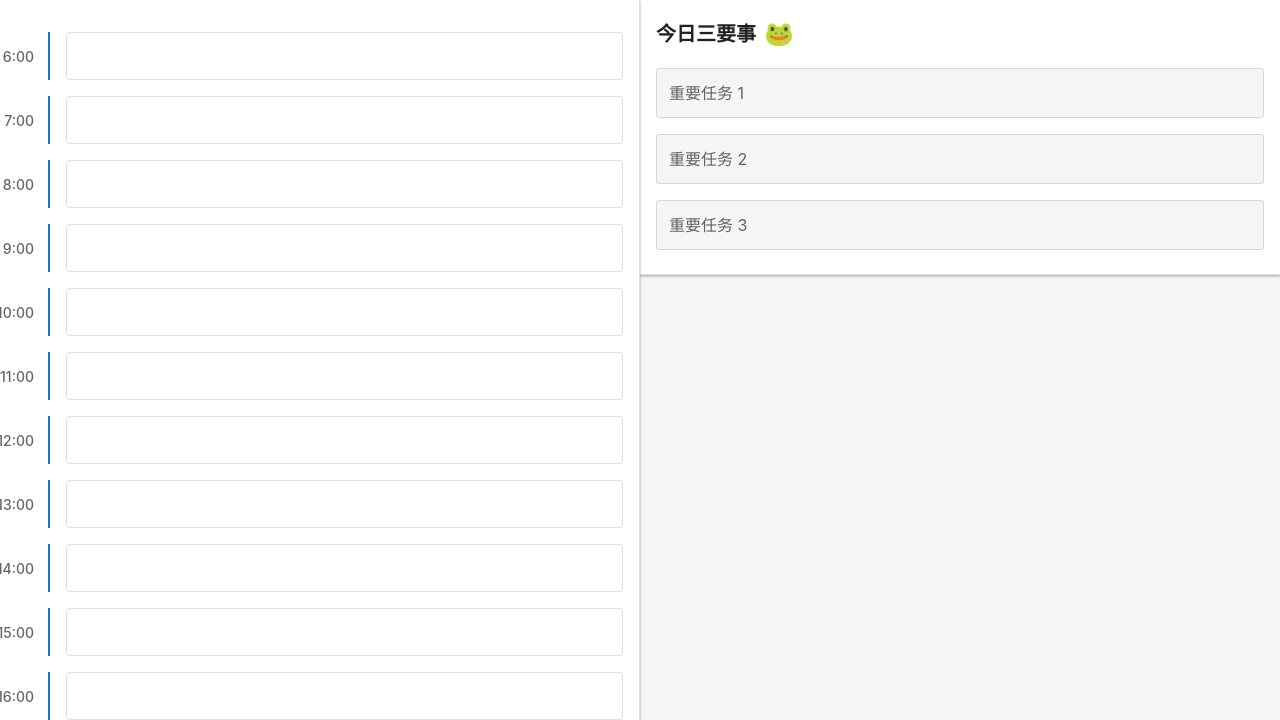
Repository: a6288a/Daily-Planner
Page: index.html
The author's editor kept a copy of each file at every save. The page is drawn from the files as they stood at one save, then again after the next save.
The browser window is 1280 px wide. The pictures show the whole page.
An inner scrolling area shows only its first screen.

Above is the page before, as saved 2024-12-10 15:54:19.

After the next save:
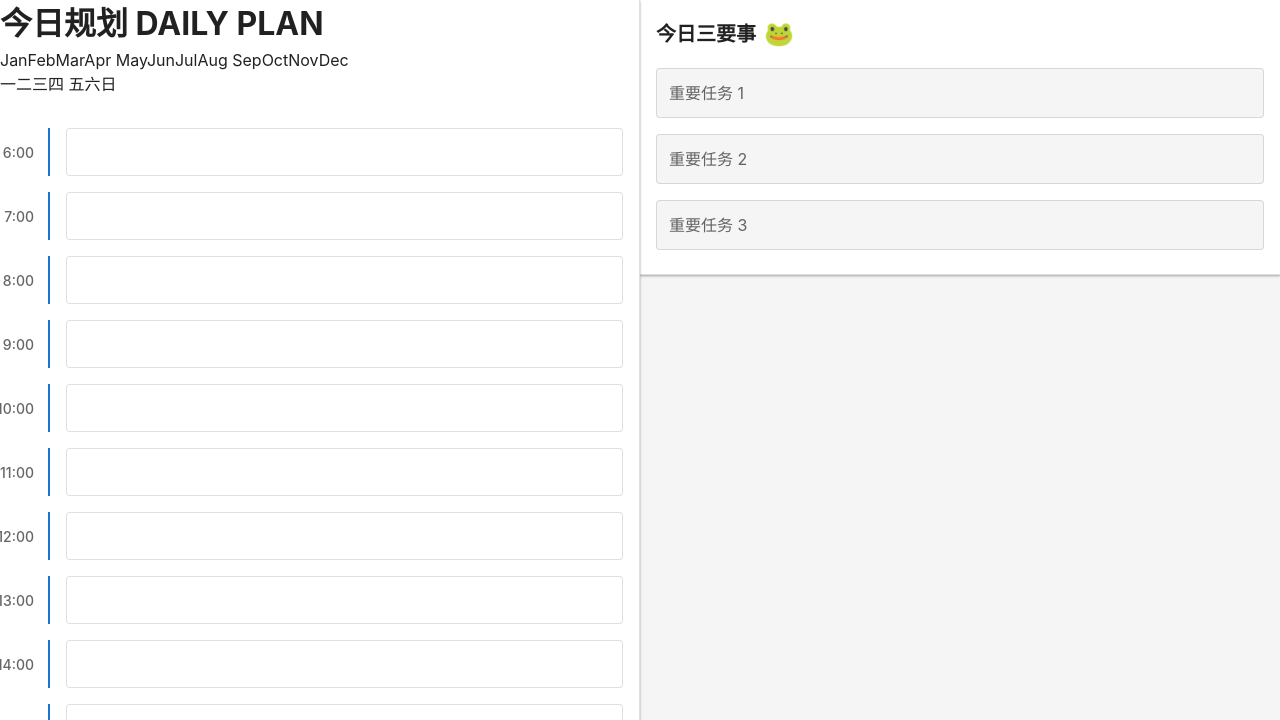
Saved 2 min 29 s later.
--- a/index.html
+++ b/index.html
@@ -10,6 +10,21 @@
     <div class="container">
         <!-- 左侧时间轴区域 -->
         <div class="timeline-area">
+            <!-- 顶部日期区域 -->
+            <div class="date-header">
+                <h1 class="page-title">今日规划 DAILY PLAN</h1>
+                <div class="calendar">
+                    <div class="month-grid">
+                        <span>Jan</span><span>Feb</span><span>Mar</span><span>Apr</span>
+                        <span>May</span><span>Jun</span><span>Jul</span><span>Aug</span>
+                        <span>Sep</span><span>Oct</span><span>Nov</span><span>Dec</span>
+                    </div>
+                    <div class="weekday-row">
+                        <span>一</span><span>二</span><span>三</span><span>四</span>
+                        <span>五</span><span>六</span><span>日</span>
+                    </div>
+                </div>
+            </div>
             <div class="timeline-container" id="timeline-container">
                 <!-- 时间轴将通过 JS 动态生成 -->
             </div>
